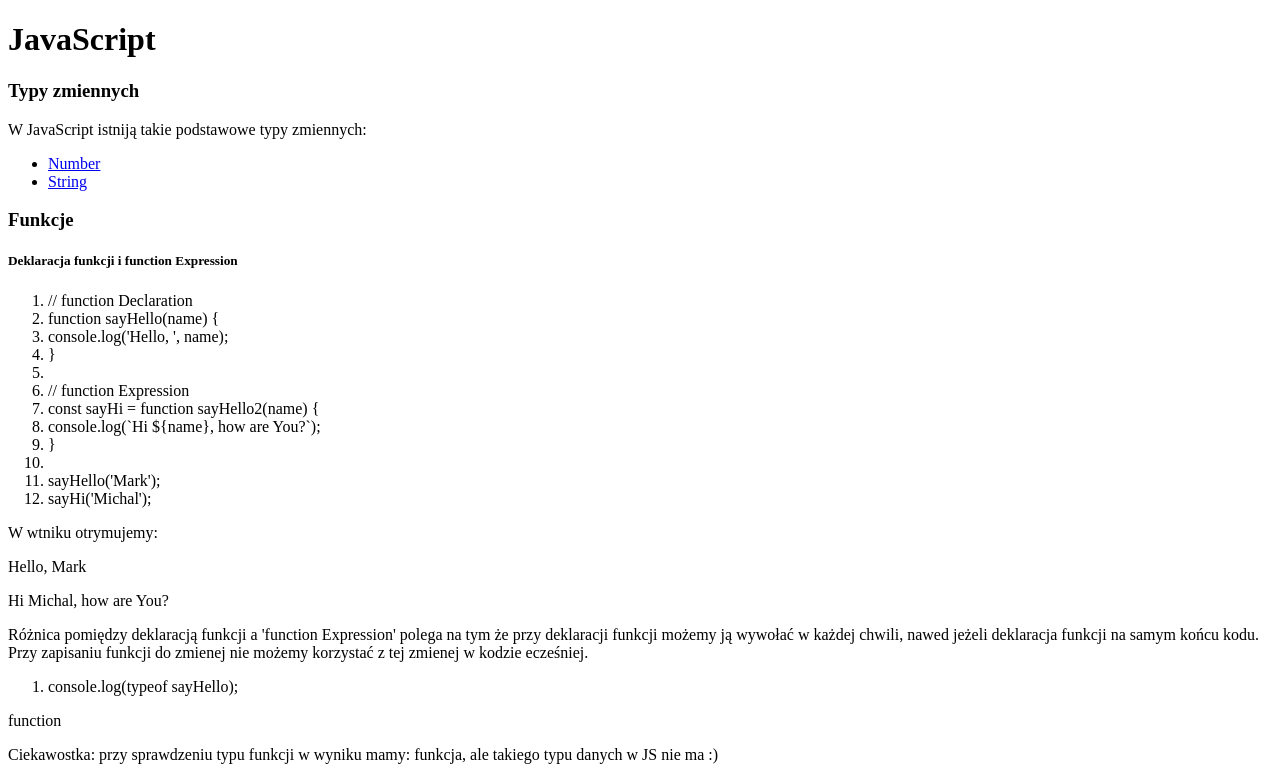
Repository: romanstetsiuk1/JS_learn
Page: noteJavaScript.html
These files come from the project's save history. The page is drawn as it stood at one moment and after the next save; the edit follows.
The browser window is 1280 px wide. The pictures show the whole page.

Above is the page before, as saved 2020-08-19 17:19:21.

After the next save:
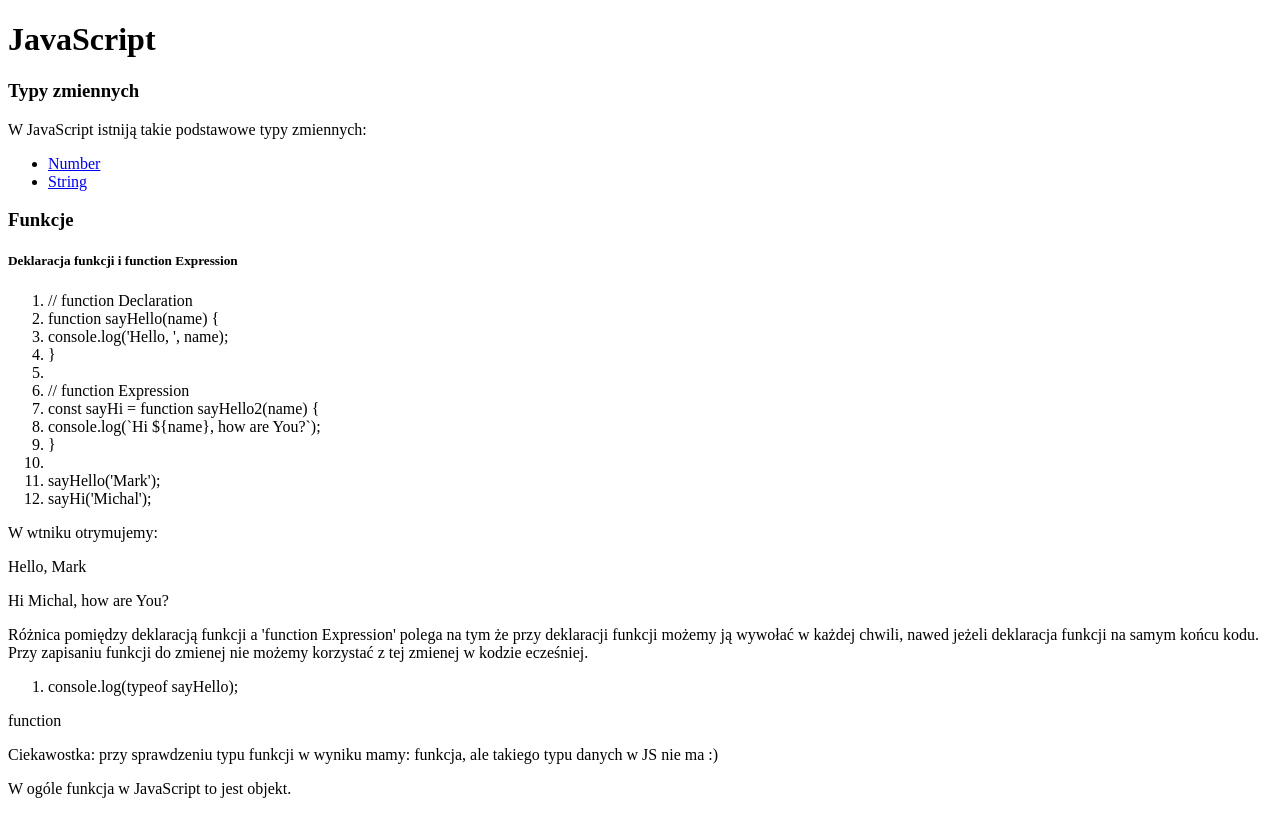
Saved 8 min 58 s later.
--- a/noteJavaScript.html
+++ b/noteJavaScript.html
@@ -59,6 +59,7 @@
         <p>Ciekawostka: przy sprawdzeniu typu funkcji w wyniku mamy: funkcja,
           ale takiego typu danych w JS nie ma :)
         </p>
+        <p>W ogóle funkcja w JavaScript to jest objekt.</p>
 
 
     </article>
